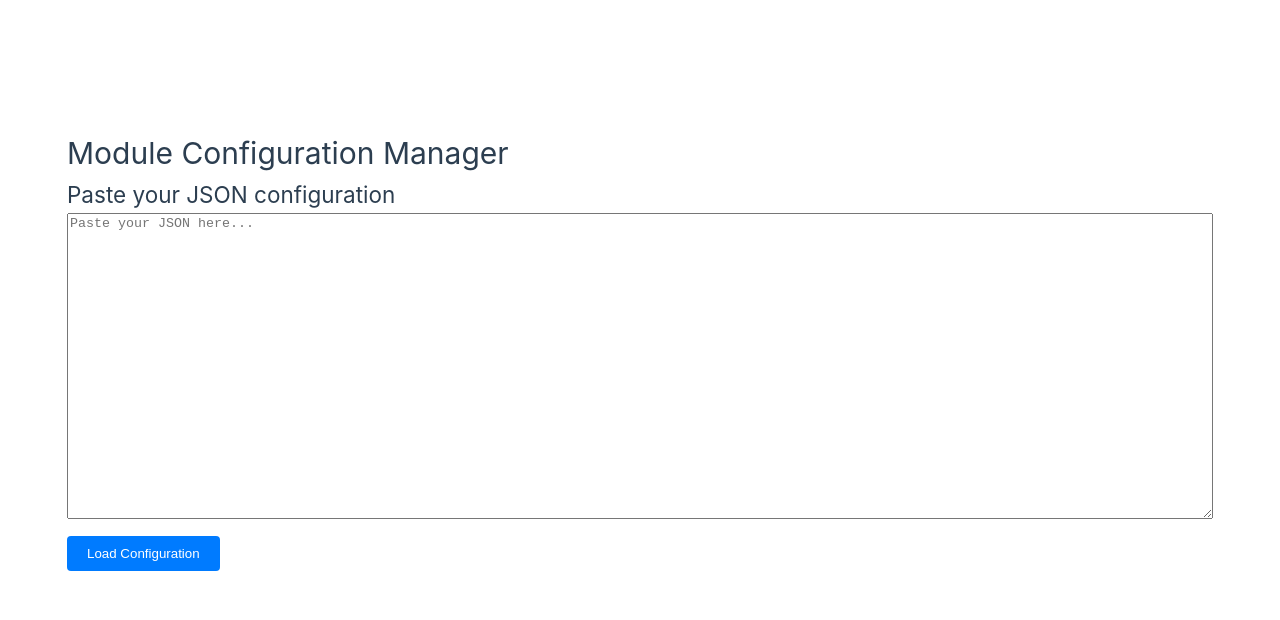
Repository: ivan-kalachikov/vc-deploy-modules
Page: /
These files come from the project's save history. The page is drawn as it stood at one moment and after the next save; the edit follows.
The browser window is 1280 px wide. The pictures show the whole page.
The project was rebuilt for these pictures with package versions that can differ from the ones it lists, and the page was loaded fresh each time. Also part of the build but not shown: vite.config.ts, src/components/ModuleList.vue, src/components/PlatformConfig.vue.

Above is the page before, as saved 2025-02-21 11:14:33.

### src/assets/main.css
@import './base.css';

#app {
  max-width: 1280px;
  margin: 0 auto;
  padding: 2rem;
  font-weight: normal;
}

a,
.green {
  text-decoration: none;
  color: hsla(160, 100%, 37%, 1);
  transition: 0.4s;
  padding: 3px;
}

@media (hover: hover) {
  a:hover {
    background-color: hsla(160, 100%, 37%, 0.2);
  }
}

@media (min-width: 1024px) {
  body {
    display: flex;
    place-items: center;
  }

  #app {
    padding: 0 2rem;
    width: calc(100% - 30px);
  }
}

### src/App.vue
<script setup lang="ts">
import { ref } from 'vue'
import { ConfigurationData, ModuleType, ModuleBase } from './types'
import JsonInput from './components/JsonInput.vue'
import ModuleList from './components/ModuleList.vue'
import PlatformConfig from './components/PlatformConfig.vue'

const config = ref<ConfigurationData | null>(null)
const jsonError = ref<string>('')

const handleJsonSubmit = (jsonString: string) => {
  try {
    const parsed = JSON.parse(jsonString)
    config.value = parsed
    jsonError.value = ''
  } catch (e) {
    jsonError.value = 'Invalid JSON format'
  }
}

const handleModuleUpdate = (moduleId: string, type: ModuleType, value: string) => {
  if (!config.value) return

  const newConfig = JSON.parse(JSON.stringify(config.value)) // Use JSON parse/stringify instead of structuredClone
  const sourceIndex = newConfig.Sources.findIndex((s) => s.Name === type)

  if (sourceIndex === -1) return

  const source = newConfig.Sources[sourceIndex]
  const moduleIndex = source.Modules.findIndex((m) =>
    type === 'GithubReleases' ? m.Id === moduleId : m.BlobName?.startsWith(moduleId)
  )

  if (value === '__DELETE__') {
    // Remove module from this source
    source.Modules.splice(moduleIndex, 1)
  } else if (moduleIndex === -1) {
    // Add new module to this source
    source.Modules.push(
      type === 'GithubReleases'
        ? { Id: moduleId, Version: value }
        : { BlobName: value }
    )
  } else {
    // Update existing module
    if (type === 'GithubReleases') {
      (source.Modules[moduleIndex] as ModuleBase).Version = value
    } else {
      (source.Modules[moduleIndex] as ModuleBase).BlobName = value
    }
  }

  config.value = newConfig
}

const handlePlatformUpdate = (newConfig: ConfigurationData) => {
  config.value = newConfig
}

const generateJson = () => {
  if (!config.value) return ''

  const newConfig = JSON.parse(JSON.stringify(config.value))

  // Helper function to get module ID for sorting
  const getModuleId = (module: ModuleBase) => {
    if (module.Id) return module.Id
    return module.BlobName?.split('_')[0] || ''
  }

  // Sort Sources array and their modules
  newConfig.Sources = newConfig.Sources
    .sort((a, b) => a.Name.localeCompare(b.Name))
    .map((source) => {
      // First sort the modules array
      const sortedModules = [...source.Modules].sort((a, b) =>
        getModuleId(a).localeCompare(getModuleId(b))
      )

      return {
        // Sort fields within each Source
        Name: source.Name,
        ...(source.Name === 'AzureBlob'
          ? {
              Container: source.Container,
              ServiceUri: source.ServiceUri,
            }
          : {
              ModuleSources: [...source.ModuleSources].sort(),
            }
        ),
        Modules: sortedModules
      }
    })

  // Sort ModuleSources array
  newConfig.ModuleSources = [...newConfig.ModuleSources].sort()

  // Return sorted object with fixed field order
  return JSON.stringify({
    ManifestVersion: newConfig.ManifestVersion,
    PlatformVersion: newConfig.PlatformVersion,
    PlatformImage: newConfig.PlatformImage,
    PlatformImageTag: newConfig.PlatformImageTag,
    PlatformAssetUrl: newConfig.PlatformAssetUrl,
    ModuleSources: newConfig.ModuleSources,
    Sources: newConfig.Sources
  }, null, 2)
}
</script>

<template>
  <div class="app">
    <h1>Module Configuration Manager</h1>

    <JsonInput v-if="!config" :error="jsonError" @submit="handleJsonSubmit" />

    <template v-else>
      <div class="main-layout">
        <div class="config-column">
          <PlatformConfig
            :config="config"
            @update="handlePlatformUpdate"
          />
          <ModuleList :config="config" @module-update="handleModuleUpdate" />
        </div>
        <div class="json-column">
          <div class="json-output">
            <h2>Generated JSON</h2>
            <pre>{{ generateJson() }}</pre>
          </div>
        </div>
      </div>
    </template>
  </div>
</template>

<style scoped>
.app {
  max-width: 1600px;
  margin: 0 auto;
  padding: 20px;
}

.main-layout {
  display: grid;
  grid-template-columns: 1fr 500px;
  gap: 20px;
  align-items: start;
}

.config-column {
  min-width: 0; /* Allows the column to shrink if needed */
}

.json-column {
  position: sticky;
  top: 20px;
}

.json-output {
  background: #f8f8f8;
  border-radius: 8px;
  padding: 20px;
}

.json-output h2 {
  color: #333;
  margin-bottom: 20px;
  font-weight: 600;
}

.json-output pre {
  background: white;
  padding: 15px;
  border-radius: 4px;
  overflow-x: auto;
  color: #333;
  border: 1px solid #ddd;
  font-family: monospace;
  font-size: 14px;
}
</style>

### src/components/JsonInput.vue
<script setup lang="ts">
import { ref } from 'vue'

const props = defineProps<{
  error: string
}>()

const emit = defineEmits<{
  submit: [json: string]
}>()

const jsonInput = ref('')

const handleSubmit = () => {
  if (!jsonInput.value.trim()) return
  emit('submit', jsonInput.value)
}
</script>

<template>
  <div class="json-input">
    <h2>Paste your JSON configuration</h2>
    <textarea
      v-model="jsonInput"
      rows="20"
      placeholder="Paste your JSON here..."
    />
    <div v-if="error" class="error">{{ error }}</div>
    <button type="button" @click="handleSubmit">Load Configuration</button>
  </div>
</template>

<style scoped>
.json-input {
  margin-bottom: 20px;
}

.json-input textarea {
  width: 100%;
  margin-bottom: 10px;
}

.error {
  color: red;
  margin-bottom: 10px;
}

button {
  padding: 10px 20px;
  background: #007bff;
  color: white;
  border: none;
  border-radius: 4px;
  cursor: pointer;
}

button:hover {
  background: #0056b3;
}
</style>

Loaded but not shown: index.html (common file); src/main.ts (common file); src/assets/base.css (common file)

After the next save:
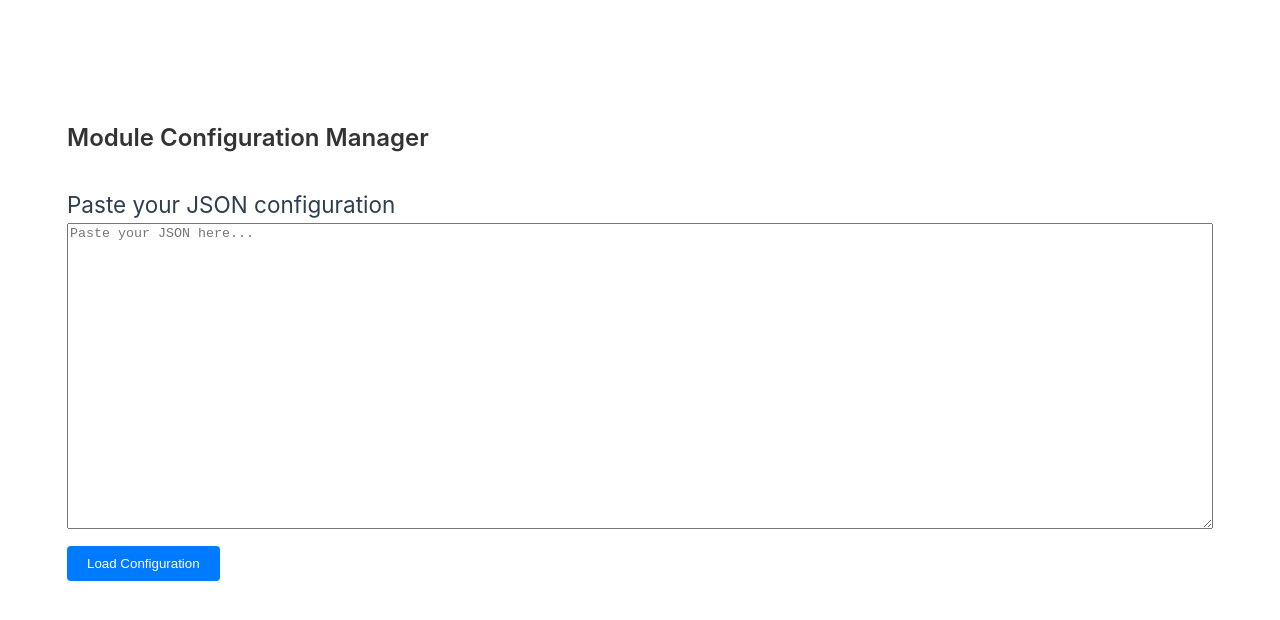
Saved 44 s later.
--- a/src/App.vue
+++ b/src/App.vue
@@ -137,47 +137,66 @@ const generateJson = () => {
 
 <style scoped>
 .app {
-  max-width: 1600px;
+  max-width: 1800px;
   margin: 0 auto;
   padding: 20px;
 }
 
+h1 {
+  color: #333;
+  margin-bottom: 30px;
+  font-size: 24px;
+  font-weight: 600;
+}
+
 .main-layout {
   display: grid;
-  grid-template-columns: 1fr 500px;
+  grid-template-columns: minmax(800px, 1fr) minmax(400px, 600px);
+  gap: 30px;
+  align-items: start;
+  min-height: calc(100vh - 120px); /* Full height minus header and padding */
+}
+
+.config-column {
+  display: flex;
+  flex-direction: column;
   gap: 20px;
-  align-items: start;
-}
-
-.config-column {
-  min-width: 0; /* Allows the column to shrink if needed */
 }
 
 .json-column {
   position: sticky;
   top: 20px;
+  height: calc(100vh - 120px); /* Match layout height */
+  overflow: hidden; /* Prevent double scrollbars */
 }
 
 .json-output {
   background: #f8f8f8;
   border-radius: 8px;
   padding: 20px;
+  height: 100%;
+  display: flex;
+  flex-direction: column;
 }
 
 .json-output h2 {
   color: #333;
   margin-bottom: 20px;
   font-weight: 600;
+  font-size: 18px;
 }
 
 .json-output pre {
   background: white;
   padding: 15px;
   border-radius: 4px;
-  overflow-x: auto;
+  border: 1px solid #ddd;
   color: #333;
-  border: 1px solid #ddd;
   font-family: monospace;
   font-size: 14px;
+  line-height: 1.5;
+  flex: 1;
+  overflow: auto;
+  margin: 0;
 }
 </style>
